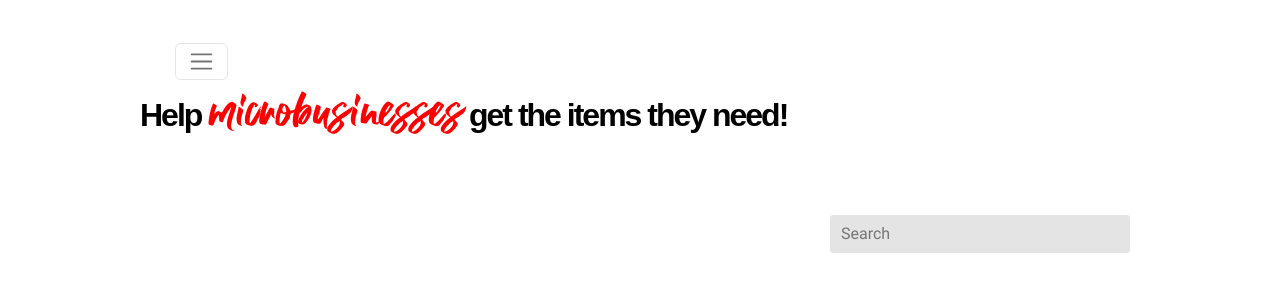
Repository: David-Waite/edableStyleChanges
Page: /
An editor plug-in stored every save of this project. The page is shown before and after the next save, followed by the edit.
The browser window is 1280 px wide. The pictures show the whole page.
The project was rebuilt for these pictures with package versions that can differ from the ones it lists, and the page was loaded fresh each time. Also part of the build but not shown: src/components/Item/ProgressBar.css, src/components/Volunteer/Volunteer.tsx, src/components/DonorForm/Message.css, src/components/Volunteer/VolunteerError.tsx, src/components/Default.tsx, src/components/DonorForm/Paypal.tsx, src/components/DonorForm/DonorForm.tsx, src/components/Organisation/Organisation.module.css and 9 more.

Above is the page before, as saved 2022-10-27 17:46:59.

After the next save:
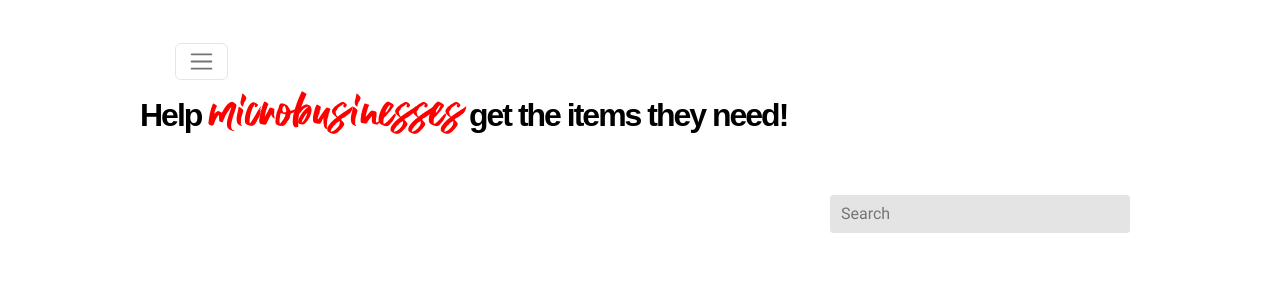
Saved 10 s later.
--- a/src/components/Landing/ItemsCollection.module.css
+++ b/src/components/Landing/ItemsCollection.module.css
@@ -12,7 +12,7 @@
   color: black;
   font-family: sans-serif;
   margin-top: 60px;
-  margin-bottom: 60px;
+  margin-bottom: 40px;
 
   letter-spacing: -2px;
 }
